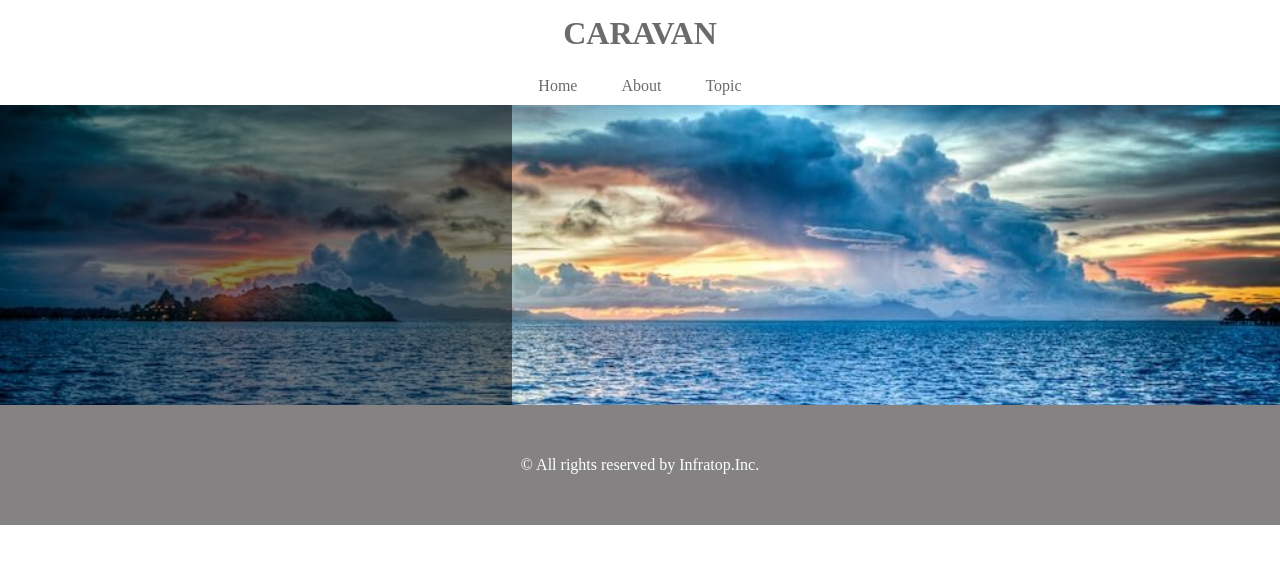
Repository: hayase-m/Webcamp
Page: caravan/index.html
The author's editor kept a record of every edit. The page is drawn from the files as they stood at one moment, then again after the next edit.
The browser window is 1280 px wide. The pictures show the whole page.

Above is the page before.

After the next edit:
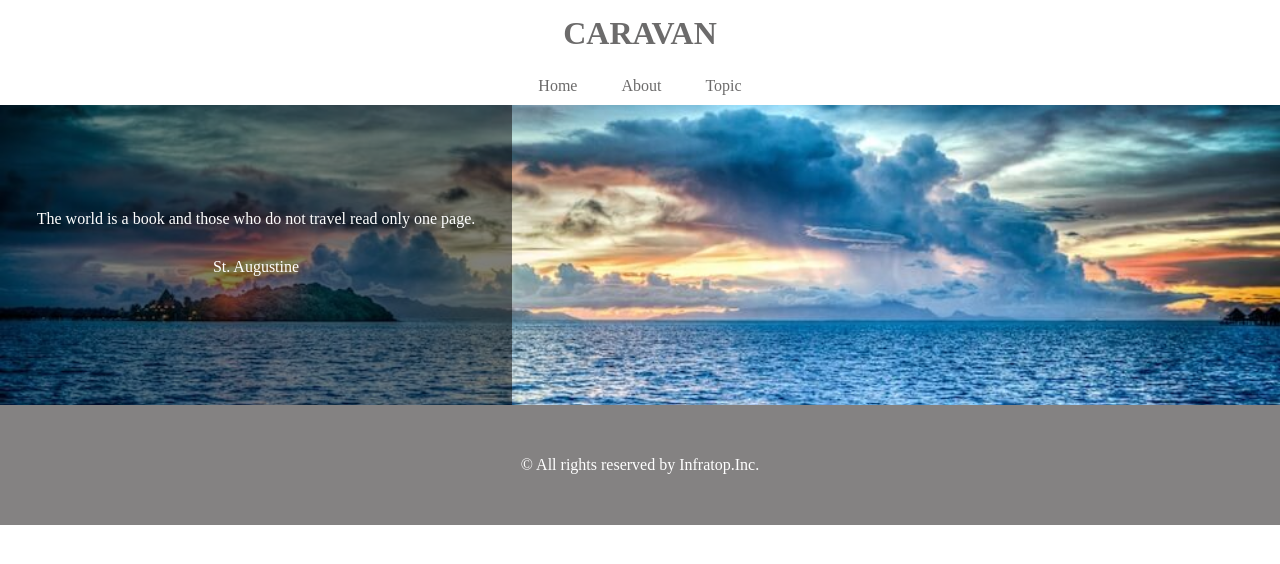
The edit:
--- a/caravan/index.html
+++ b/caravan/index.html
@@ -30,7 +30,15 @@
 
     <!-- main-visual用のdiv -->
     <div class="main-visual">
-      <div class="main-visual-content"></div>
+      <div class="main-visual-content">
+        <!-- pタグ（と文字）を追加 -->
+        <p class="main-visual-text">
+          The world is a book and those who do not travel read only one page.
+        </p>
+        <p class="main-visual-name">
+          St. Augustine
+        </p>
+      </div>
     </div>
 
     <!-- main用のdiv -->
